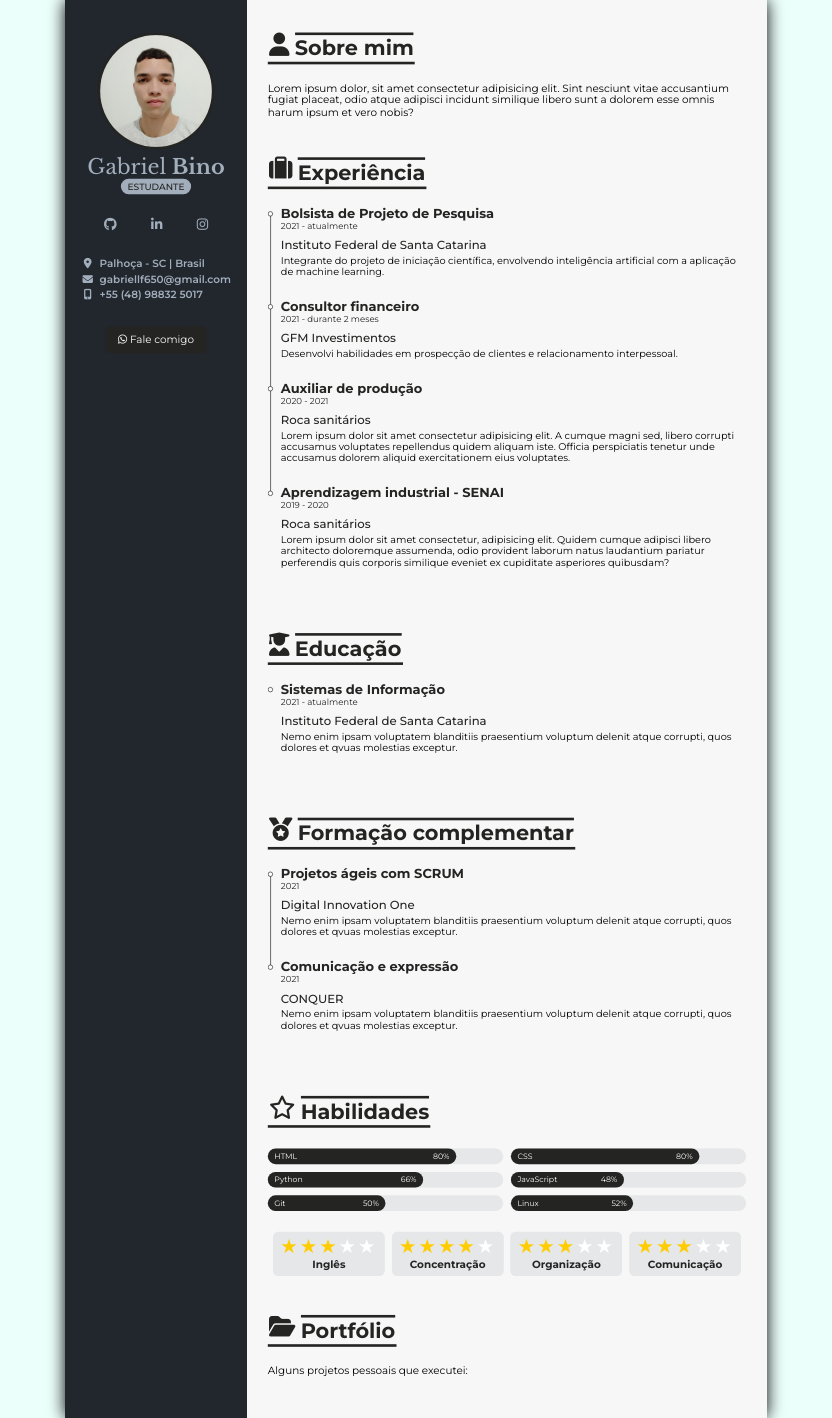
Repository: gabrielbino/curriculoResponsivo
Page: index.html
The author's editor kept a copy of each file at every save. The page is drawn from the files as they stood at one save, then again after the next save.
The browser window is 1280 px wide. The pictures show the whole page, at 65% of full size.
Some web libraries are served in a nearby version.

Above is the page before, as saved 2021-10-19 23:01:23.

After the next save:
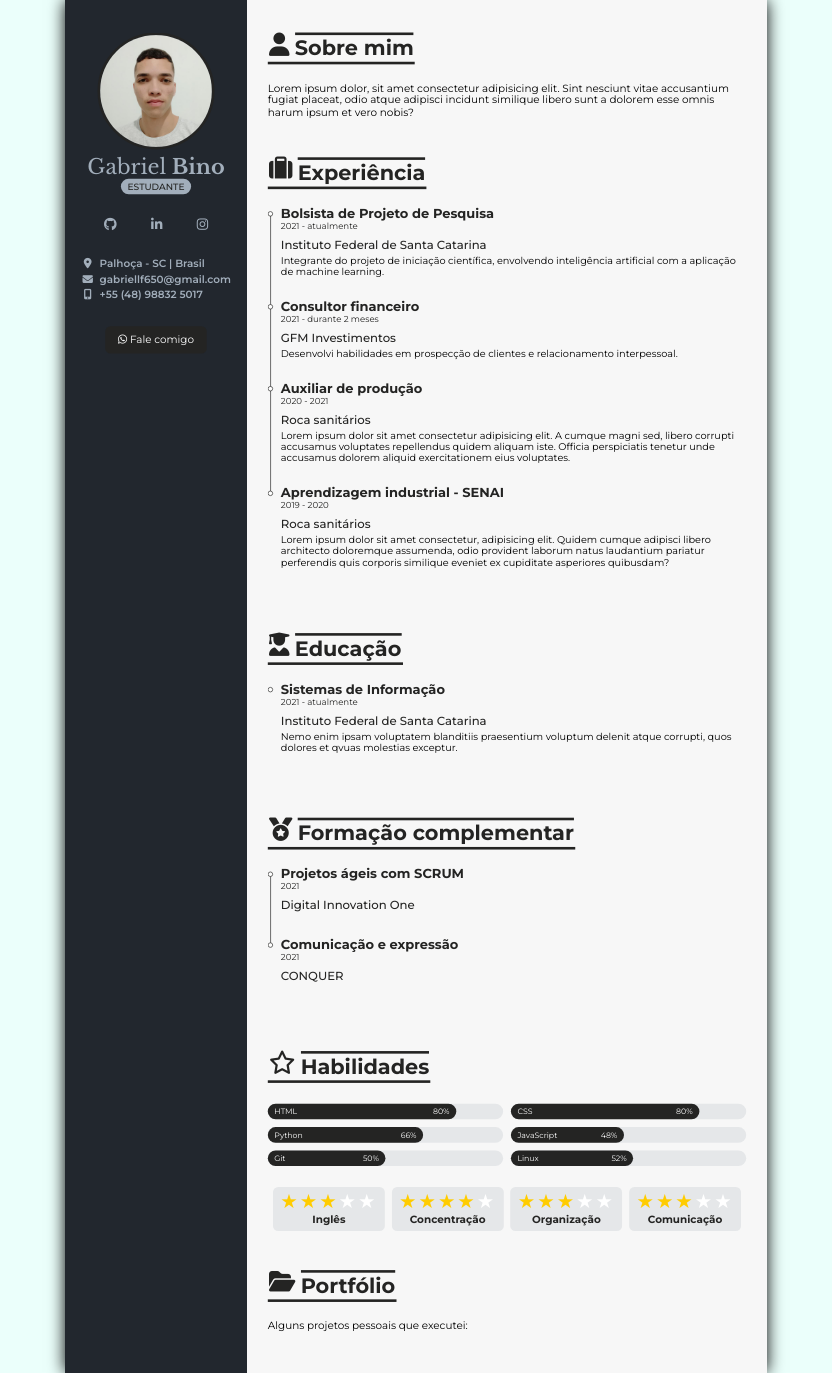
Saved 4 min 7 s later.
--- a/index.html
+++ b/index.html
@@ -165,21 +165,11 @@
               <h4 class="timeline-title">Projetos ágeis com SCRUM</h4>
               <h5 class="timeline-time">2021</h5>
               <h6 class="timeline-place">Digital Innovation One</h6>
-              <p class="timeline-text">
-                Nemo enim ipsam voluptatem blanditiis praesentium voluptum
-                delenit atque corrupti, quos dolores et qvuas molestias
-                exceptur.
-              </p>
             </li>
             <li>
               <h4 class="timeline-title">Comunicação e expressão</h4>
               <h5 class="timeline-time">2021</h5>
               <h6 class="timeline-place">CONQUER</h6>
-              <p class="timeline-text">
-                Nemo enim ipsam voluptatem blanditiis praesentium voluptum
-                delenit atque corrupti, quos dolores et qvuas molestias
-                exceptur.
-              </p>
             </li>
           </ul>
         </article>
